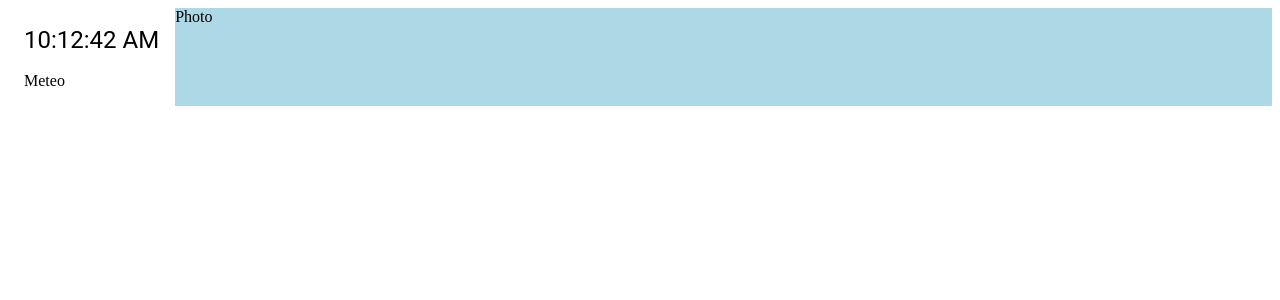
Repository: songvi/meteo
Page: /
These files come from the project's save history. The page is drawn as it stood at one moment and after the next save; the edit follows.
The browser window is 1280 px wide. The pictures show the whole page.
The project was rebuilt for these pictures with package versions that can differ from the ones it lists, and the page was loaded fresh each time. Also part of the build but not shown: src/App.css.

Above is the page before, as saved 2023-04-02 23:25:31.

### src/App.tsx
import React from 'react';
import logo from './logo.svg';
import './App.css';
import Navbar from './app/Navbar';

function App() {
  return (
    <Navbar />
  );
}

export default App;

### src/app/Navbar.tsx
import { Box, Stack } from '@mui/material'
import Meteo from '../features/meteo/Meteo'
import Photo from '../features/media/Photo'
import Datetime from '../features/datetime/Datetime'

const Navbar = () => {
    return (
        <Box>
            <Stack direction={'row'}>
                <Stack p={2} spacing={2} direction={'column'} justifyContent={'center'}>
                    <Datetime />
                    <Meteo />
                </Stack>
                <Photo />
            </Stack>
        </Box>
    )
}

export default Navbar

### src/features/meteo/Meteo.tsx
import { Box } from '@mui/material';
import React from 'react';

const Meteo = () => {
  return (
    <Box justifyContent={'center'} bgcolor={'light'}>Meteo</Box>
  )
}

export default Meteo

### src/features/media/Photo.tsx
import { Box } from '@mui/material'
import React from 'react'

const Photo = () => {
  return (
    <Box flex={4}  sx={{ backgroundColor: 'lightblue' }}>Photo</Box>
  )
}

export default Photo

### src/features/datetime/Datetime.tsx
import Clock from 'react-clock'
import { Box, Typography } from '@mui/material'
import { useEffect } from 'react';
import { useState } from 'react';

const Datetime = () => {
    const [value, setValue] = useState(new Date());

    useEffect(() => {
        const interval = setInterval(() => setValue(new Date()), 1000)

        return () => { clearInterval(interval); }
    }, [])

    return (
        <Box flex={2} alignContent={'center'} justifyContent={'center'}>
            <Typography variant='h5'>{value ? value.toLocaleTimeString() : ""}</Typography>
        </Box>
    )
}

export default Datetime

Loaded but not shown: public/index.html (common file); src/index.tsx (common file)

After the next save:
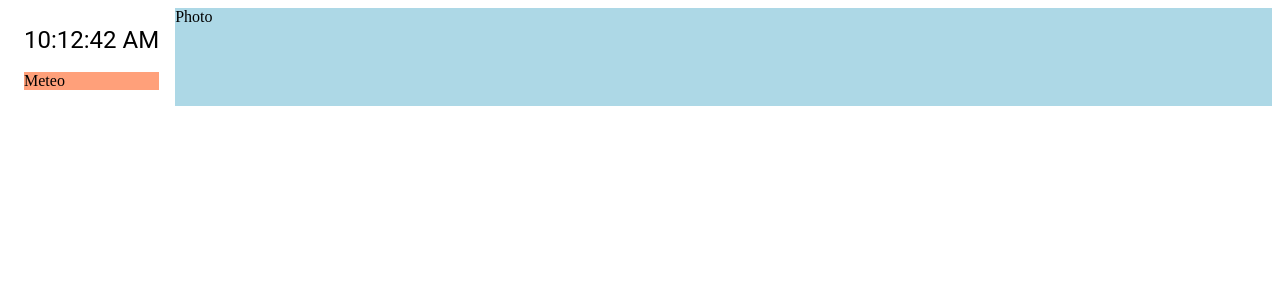
Saved 4 s later.
--- a/src/features/meteo/Meteo.tsx
+++ b/src/features/meteo/Meteo.tsx
@@ -3,7 +3,7 @@ import React from 'react';
 
 const Meteo = () => {
   return (
-    <Box justifyContent={'center'} bgcolor={'light'}>Meteo</Box>
+    <Box justifyContent={'center'} bgcolor={'lightsalmon'}>Meteo</Box>
   )
 }
 
